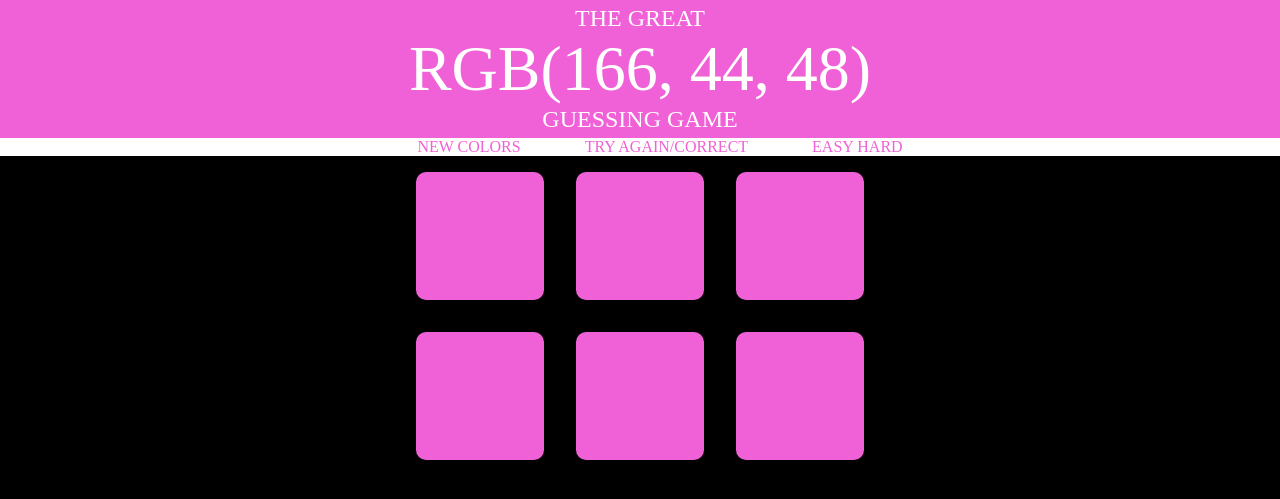
Repository: EEOOOO/javascript-projects
Page: rgbColorGameApp/index.html
An editor plug-in stored every save of this project. The page is shown before and after the next save, followed by the edit.
The browser window is 1280 px wide. The pictures show the whole page.
After loading, the first visible `div.playNewGameButton` was clicked once.

Above is the page before, as saved 2022-07-18 19:37:41.

After the next save:
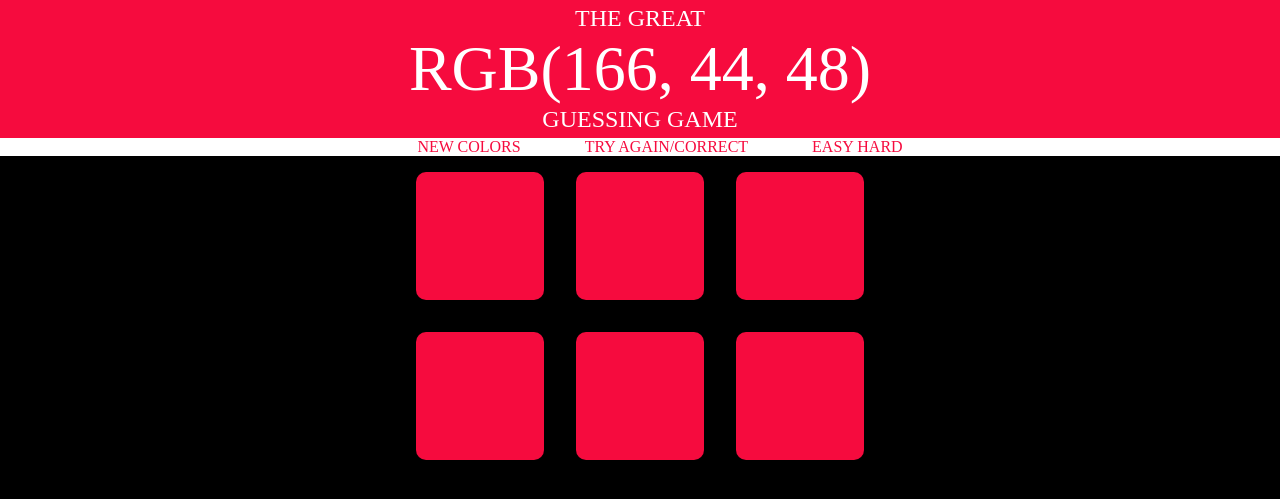
Saved 98 s later.
--- a/rgbColorGameApp/rgbColorGame.js
+++ b/rgbColorGameApp/rgbColorGame.js
@@ -27,7 +27,7 @@ function initGame(){
     // 그 중 마지막 색으로 헤더 색 변경
     let initHeaderColor = randomColors[randomColors.length-1];
     console.log(cssRoot.style);
-    cssRoot.style.setProperty = ('--color-now',initHeaderColor);
+    cssRoot.style.setProperty('--color-now',initHeaderColor);
 }
 function makeRandomRGB(num){
     let randomColors = [];
